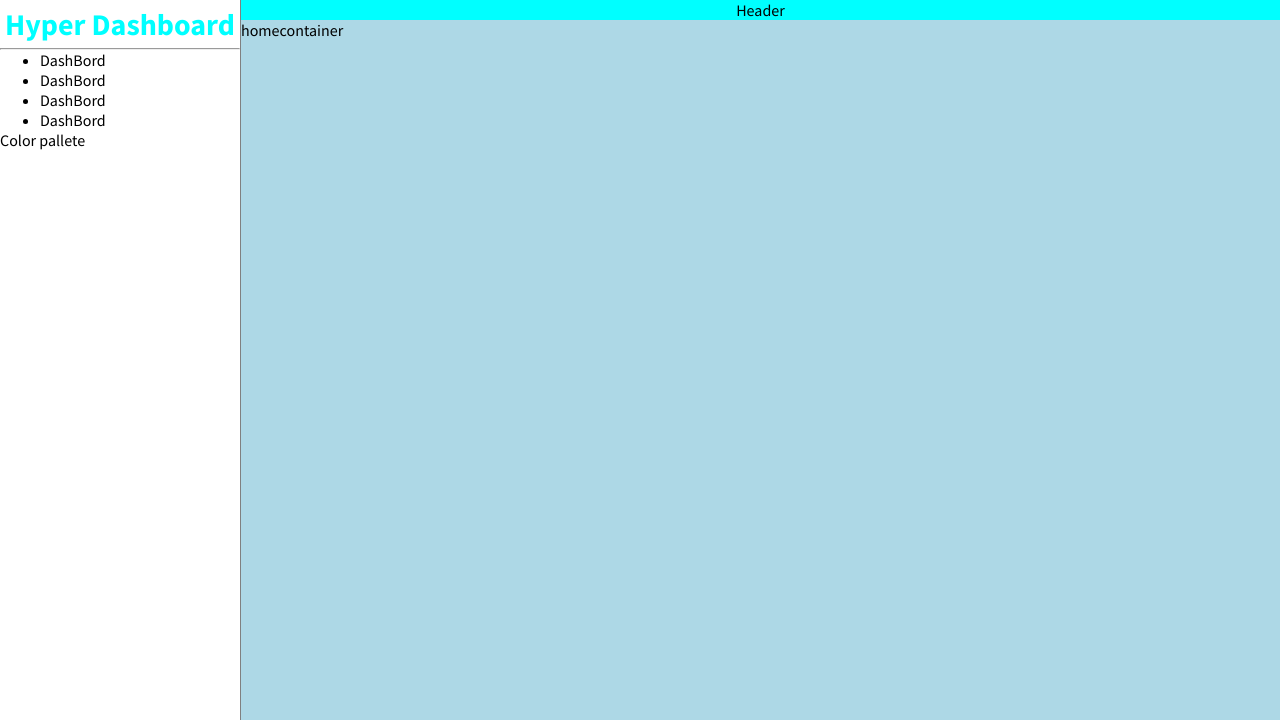
Repository: kenyi-mic/DashBoard
Page: /
The author's editor kept a copy of each file at every save. The page is drawn from the files as they stood at one save, then again after the next save.
The browser window is 1280 px wide. The pictures show the whole page.
The project was rebuilt for these pictures with package versions that can differ from the ones it lists, and the page was loaded fresh each time.

Above is the page before, as saved 2022-05-16 20:57:14.

After the next save:
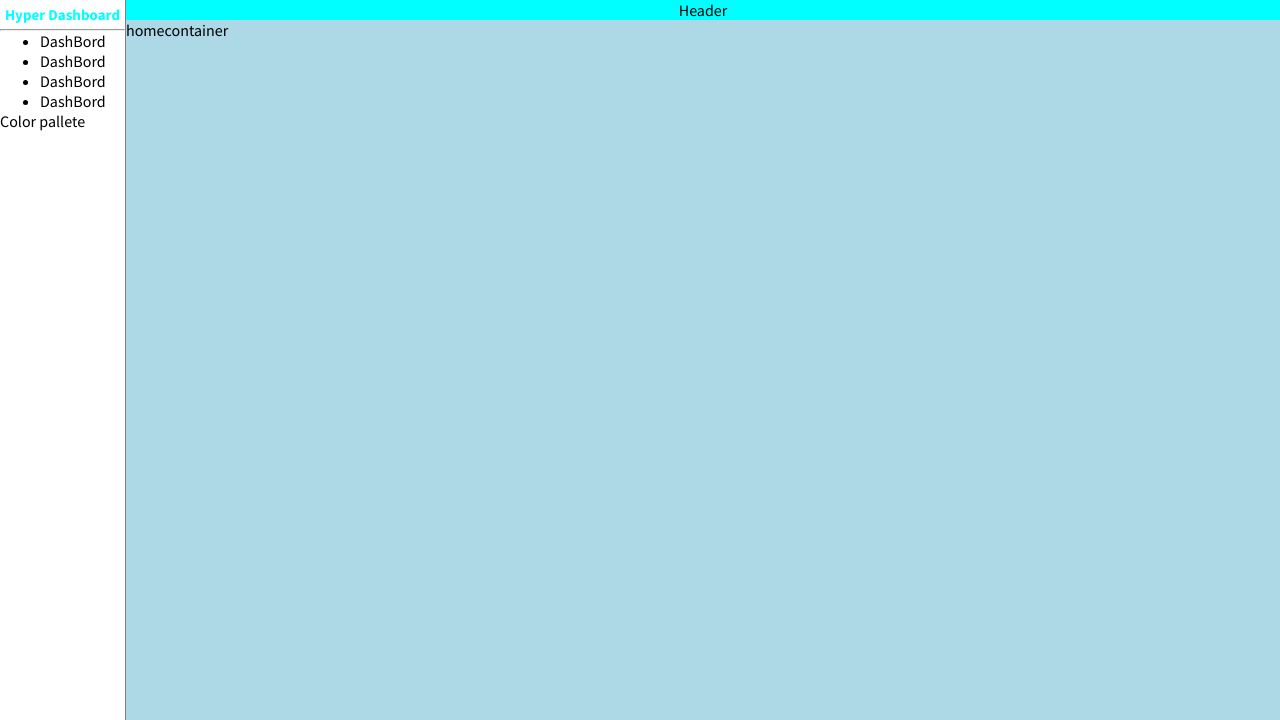
Saved 14 s later.
--- a/src/components/sidebar/sidebar.scss
+++ b/src/components/sidebar/sidebar.scss
@@ -10,7 +10,7 @@
 
         .logo{
             color:cyan;
-            font-size: 30px;
+            font-size: 15px;
             font-weight: bold;
         ;
         }
